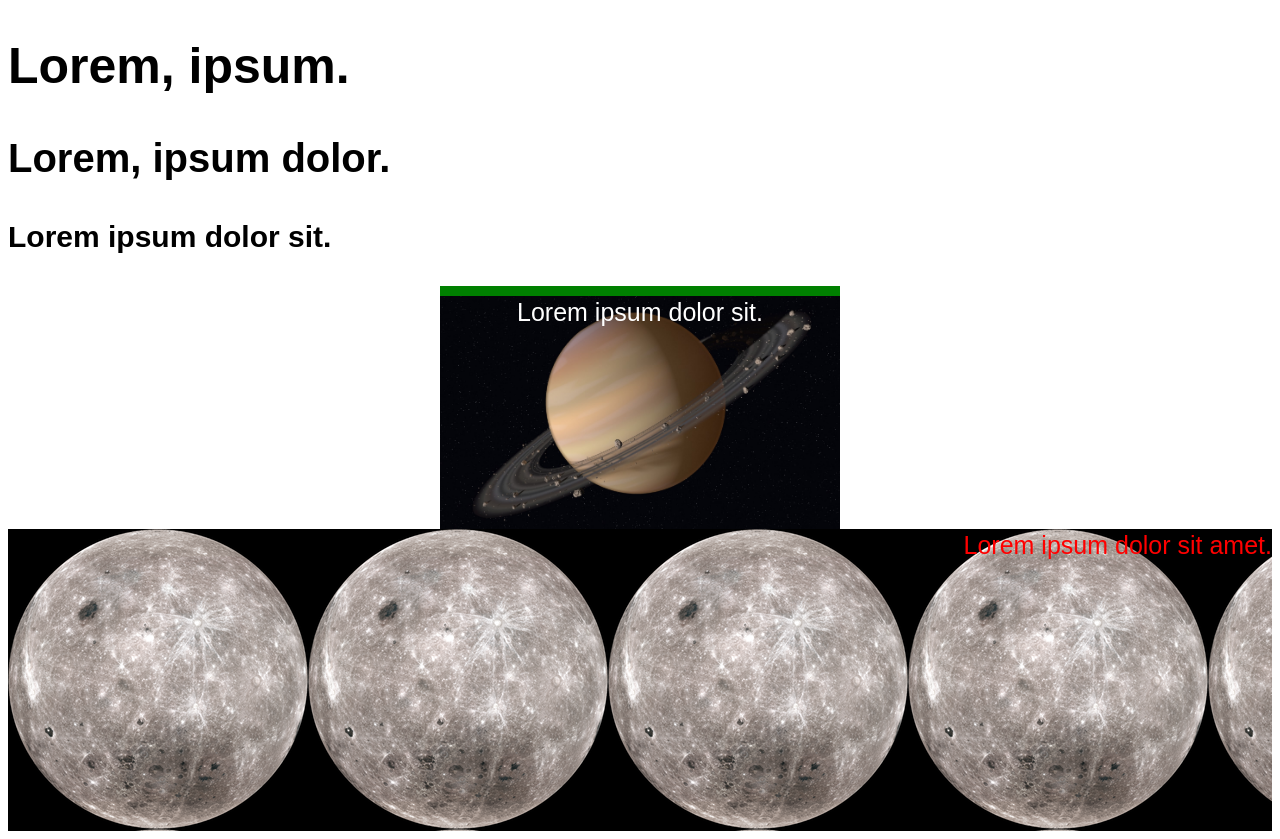
Repository: aSSasdy/assasdy.github.io
Page: index.html
An editor plug-in stored every save of this project. The page is shown before and after the next save, followed by the edit.
The browser window is 1280 px wide. The pictures show the whole page.

Above is the page before, as saved 2021-11-28 16:18:37.

After the next save:
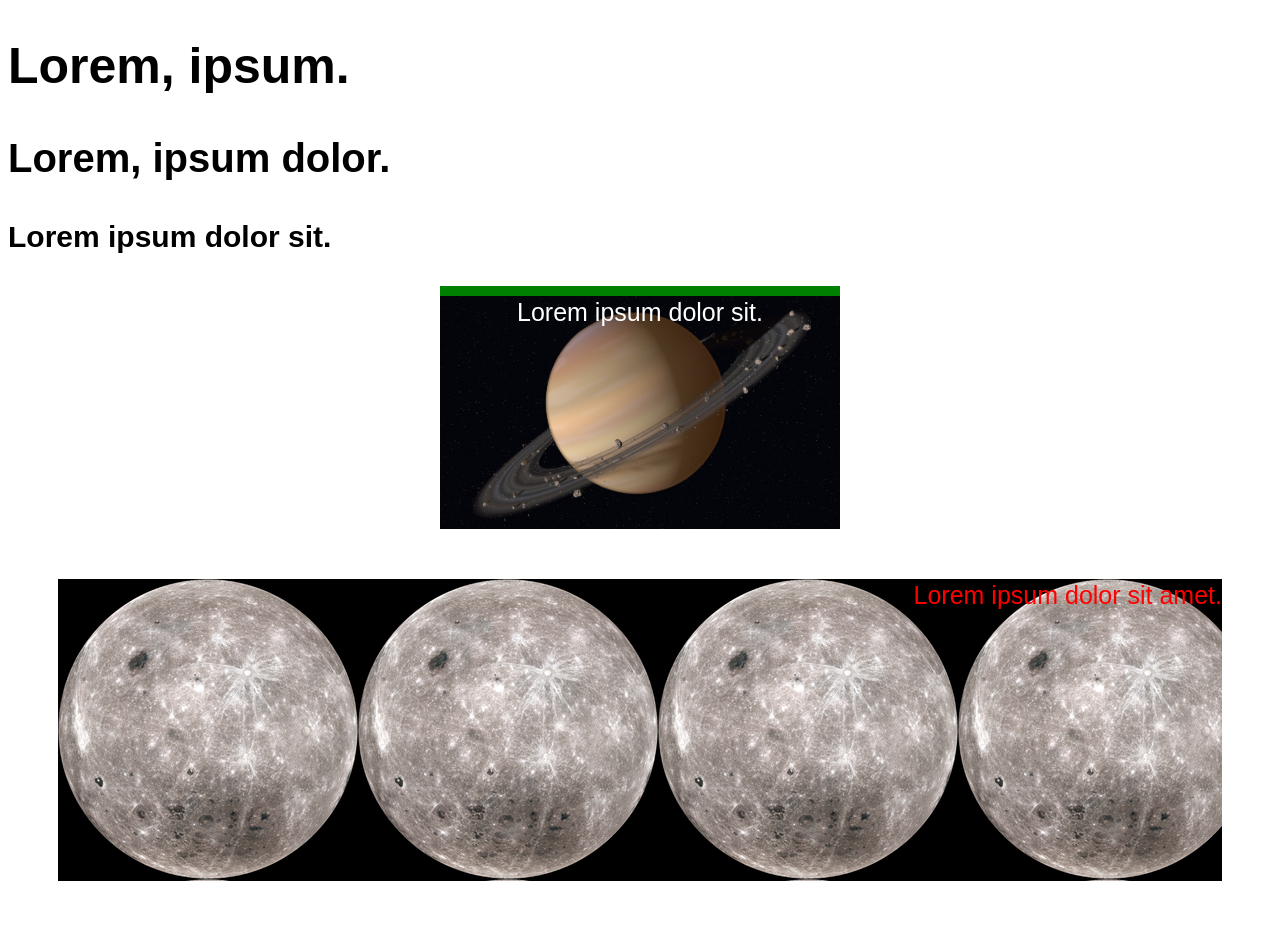
Saved 6 s later.
--- a/css/style.css
+++ b/css/style.css
@@ -25,7 +25,7 @@
 }
 .block-2__img{
     background-image: url('/img/Moon_farside_LRO_color_mosaic.png');
-    margin: auto;
+    margin: 50px;
     padding-bottom: 270px;
     text-align: right;
     color: red;
